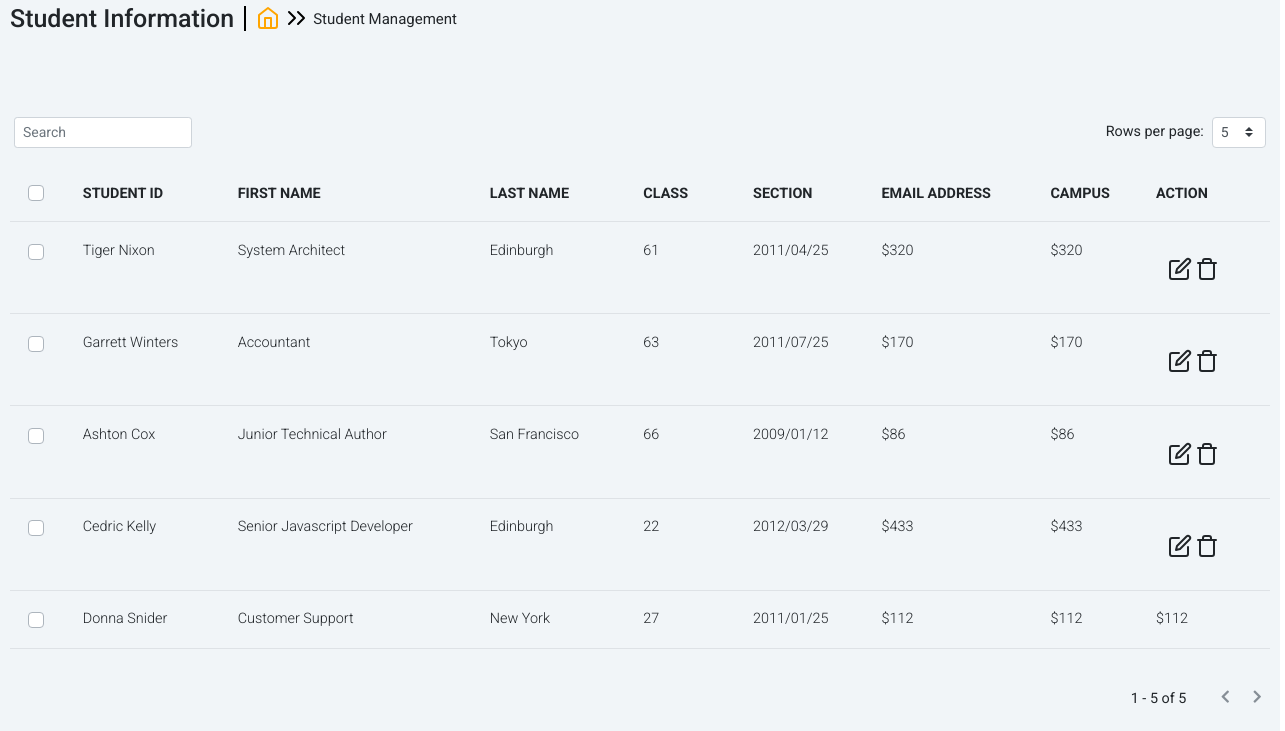
Repository: deepakrajput1998/hestabit_assignment
Page: /
An editor plug-in stored every save of this project. The page is shown before and after the next save, followed by the edit.
The browser window is 1280 px wide. The page is 1285 px wide, so the pictures cover 1285 px, including what lies to the right of the window. The pictures show the whole page.
The project was rebuilt for these pictures with package versions that can differ from the ones it lists, and the page was loaded fresh each time.

Above is the page before, as saved 2021-07-25 03:37:01.

### src/index.js
import React from 'react';
import ReactDOM from 'react-dom';
import './index.css';
import App from './App';
import reportWebVitals from './reportWebVitals';
import "@fortawesome/fontawesome-free/css/all.min.css";
import "bootstrap-css-only/css/bootstrap.min.css";
import "mdbreact/dist/css/mdb.css";
ReactDOM.render(
  <React.StrictMode>
    <App />
  </React.StrictMode>,
  document.getElementById('root')
);

// If you want to start measuring performance in your app, pass a function
// to log results (for example: reportWebVitals(console.log))
// or send to an analytics endpoint. Learn more: https://bit.ly/CRA-vitals
reportWebVitals();

### src/Pages/StudentListing/StudentListing.js
import React from 'react'
import classes from "./StudentListing.module.css";
import {Home ,ChevronRight} from 'react-feather'
import DataTable from '../../Component/Common/DataTable/DataTable';
const StudentListing = () => {
    return (
      <div>
        <div className={classes.StudentListing_header} >
          <span className={classes.StudentListing_title}>
            Student Information
          </span>
          <div className={classes.StudentListing_seprator}></div>
          <span style={{ marginTop: "5px" }}>
            {" "}
            <Home color="orange" />
          </span>
          <span style={{ marginTop: "5px" }}>
            {" "}
            <ChevronRight color="black" />
            <ChevronRight style={{ marginLeft: "-15px" }} color="black" />
          </span>
          <span className={classes.StudentListing_title2}>
            Student Management
          </span>
        </div>
        <div className="">
          <DataTable/>
        </div>
      </div>
    );
}

export default StudentListing

### src/Pages/StudentListing/StudentListing.module.css
.StudentListing_title{
    font-size: 25px;
    font-weight: 500;
}
.StudentListing_title2{
    font-size: 15px;
    font-weight: 400;
     margin-block: auto;
}
.StudentListing_seprator{
    height: 25px;
    width:2px;
    background-color: black;
    margin-block: auto;
    margin-inline: 10px;
}
.StudentListing_header{
    display: flex;
    margin-bottom: 5%;
}

### src/Component/Common/DataTable/DataTable.js
import React from "react";
import { MDBDataTableV5 } from "mdbreact";
import { Edit, Trash } from "react-feather";

export default function DataTable() {
  const [datatable, setDatatable] = React.useState({
    columns: [
      {
        label: "STUDENT ID",
        field: "sid",
        width: 150,
        attributes: {
          "aria-controls": "DataTable",
          "aria-label": "Name",
        },
      },
      {
        label: "FIRST NAME",
        field: "fname",
        width: 270,
      },
      {
        label: "LAST NAME",
        field: "lname",
        width: 270,
      },
      {
        label: "CLASS",
        field: "class",
        width: 200,
      },
      {
        label: "SECTION",
        field: "section",
        sort: "asc",
        width: 100,
      },
      {
        label: "EMAIL ADDRESS",
        field: "email",
        sort: "disabled",
        width: 150,
      },
      {
        label: "CAMPUS",
        field: "campus",
        sort: "disabled",
        width: 100,
      },
      {
        label: "ACTION",
        field: "action",
        sort: "disabled",
        width: 100,
      },
    ],
    rows: [
      {
        sid: "Tiger Nixon",
        fname: "System Architect",
        lname: "Edinburgh",
        class: "61",
        section: "2011/04/25",
        email: "$320",
        campus: "$320",
        action: <td><Edit/> <Trash /></td>
      },
      {
        sid: "Garrett Winters",
        fname: "Accountant",
        lname: "Tokyo",
        class: "63",
        section: "2011/07/25",
        email: "$170",
        campus: "$170",
        action: <td><Edit/> <Trash /></td>
      },
      {
        sid: "Ashton Cox",
        fname: "Junior Technical Author",
        lname: "San Francisco",
        class: "66",
        section: "2009/01/12",
        email: "$86",
        campus: "$86",
        action: <td><Edit/> <Trash /></td>
      },
      {
        sid: "Cedric Kelly",
        fname: "Senior Javascript Developer",
        lname: "Edinburgh",
        class: "22",
        section: "2012/03/29",
        email: "$433",
        campus: "$433",
        action: <td><Edit/> <Trash /></td>
      },

      {
        sid: "Donna Snider",
        fname: "Customer Support",
        lname: "New York",
        class: "27",
        section: "2011/01/25",
        email: "$112",
        campus: "$112",
        action: "$112",
      },
    ],
  });
  const [checkbox1, setCheckbox1] = React.useState("");

  const showLogs2 = (e) => {
    setCheckbox1(e);
  };

  return (
    <>
      <MDBDataTableV5
        hover
        entriesOptions={[5, 20, 25]}
        entries={5}
        pagesAmount={4}
        data={datatable}
        checkbox
        headCheckboxID="id41"
        bodyCheckboxID="checkboxes41"
        getValueCheckboxes={(e) => {
          showLogs2(e);
        }}
        getValueAllCheckBoxes={(e) => {
          showLogs2(e);
        }}
        multipleCheckboxes
        filledCheckboxes
        pagingTop
        searchTop
        searchBottom={false}

      />
    </>
  );
}

Loaded but not shown: public/index.html (common file); src/index.css (common file); src/App.js (common file); src/reportWebVitals.js (common file); src/App.css (common file)

After the next save:
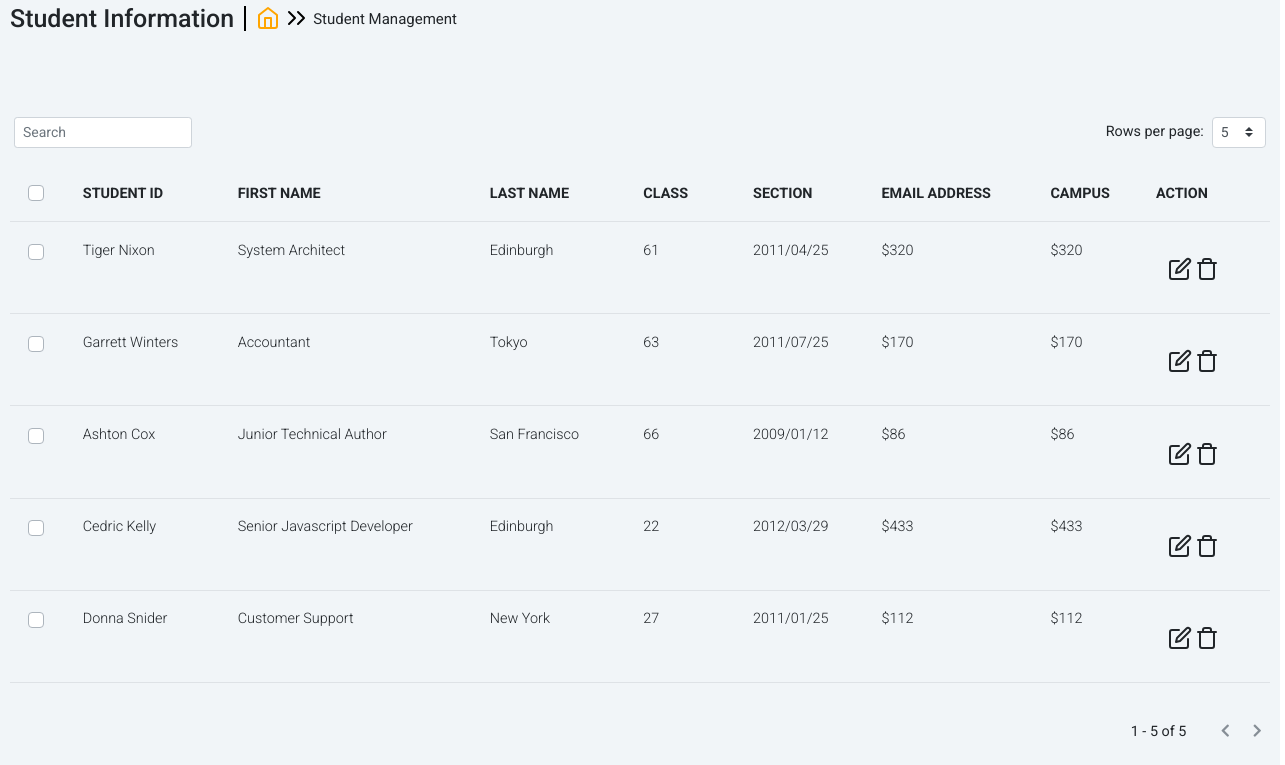
Saved 23 s later.
--- a/src/Component/Common/DataTable/DataTable.js
+++ b/src/Component/Common/DataTable/DataTable.js
@@ -63,7 +63,11 @@ export default function DataTable() {
         section: "2011/04/25",
         email: "$320",
         campus: "$320",
-        action: <td><Edit/> <Trash /></td>
+        action: (
+          <td>
+            <Edit /> <Trash />
+          </td>
+        ),
       },
       {
         sid: "Garrett Winters",
@@ -73,7 +77,11 @@ export default function DataTable() {
         section: "2011/07/25",
         email: "$170",
         campus: "$170",
-        action: <td><Edit/> <Trash /></td>
+        action: (
+          <td>
+            <Edit /> <Trash />
+          </td>
+        ),
       },
       {
         sid: "Ashton Cox",
@@ -83,7 +91,11 @@ export default function DataTable() {
         section: "2009/01/12",
         email: "$86",
         campus: "$86",
-        action: <td><Edit/> <Trash /></td>
+        action: (
+          <td>
+            <Edit /> <Trash />
+          </td>
+        ),
       },
       {
         sid: "Cedric Kelly",
@@ -93,7 +105,11 @@ export default function DataTable() {
         section: "2012/03/29",
         email: "$433",
         campus: "$433",
-        action: <td><Edit/> <Trash /></td>
+        action: (
+          <td>
+            <Edit /> <Trash />
+          </td>
+        ),
       },
 
       {
@@ -104,7 +120,11 @@ export default function DataTable() {
         section: "2011/01/25",
         email: "$112",
         campus: "$112",
-        action: "$112",
+        action: (
+          <td>
+            <Edit /> <Trash />
+          </td>
+        ),
       },
     ],
   });
